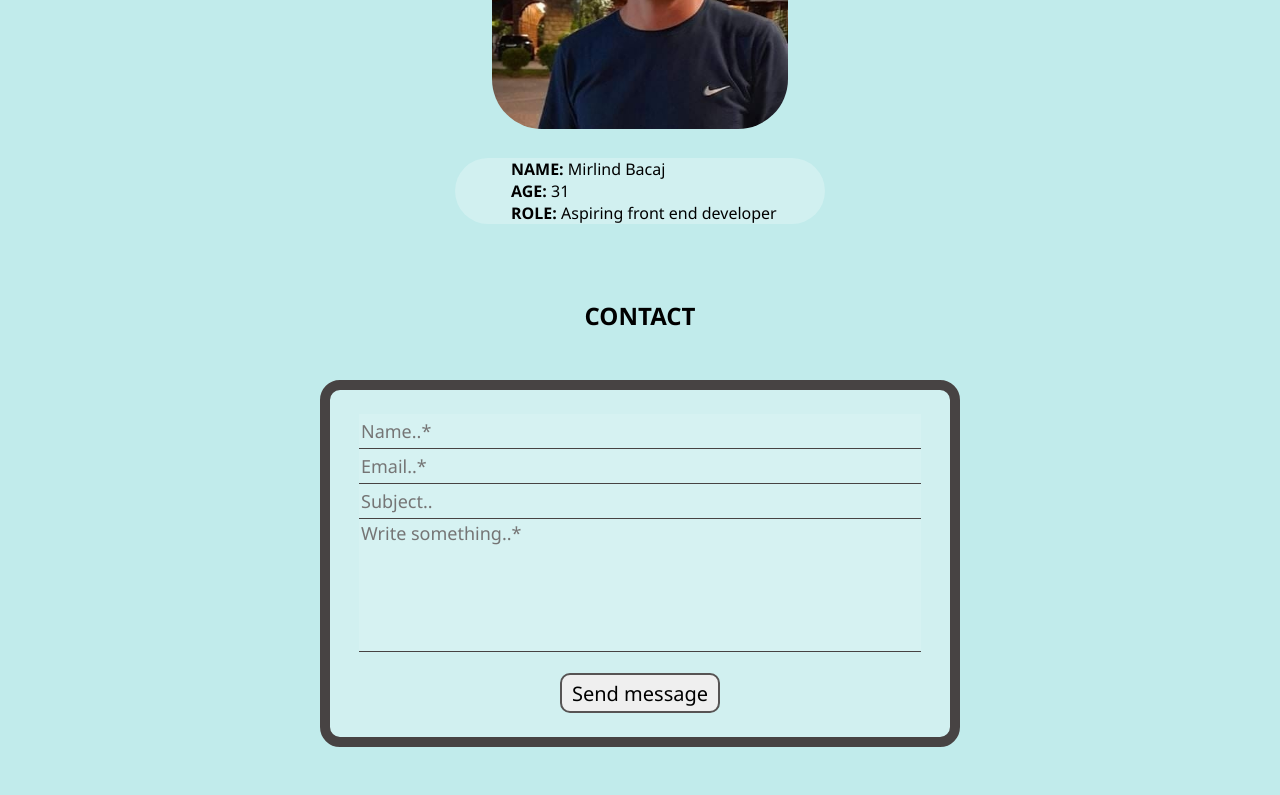
Repository: mirkbirki/mirkbirki.github.io
Page: index.html
The author's editor kept a copy of each file at every save. The page is drawn from the files as they stood at one save, then again after the next save.
The browser window is 1280 px wide. The pictures show the part of the page from y = 2288 to 3240 px (the page is 3083 px tall before and 3240 px after).
A picture or video elsewhere on the page could not be fetched, so the positions and the page height are approximate.

Above is the page before, as saved 2022-11-28 21:49:11.

### index.html
<!DOCTYPE html>
<html lang="en">
<head>
    <meta charset="UTF-8">
    <meta http-equiv="X-UA-Compatible" content="IE=edge">
    <meta name="viewport" content="width=device-width, initial-scale=1.0">
    <title>Mirlind's portfolio</title>
    <link rel="stylesheet" href="styles.css">
</head>
<body>
    <header>
        <div class="header-bar">
            <h1>Mirlind's portfolio</h1>
            <nav>
                <ul>
                    <li><a href="#skills">Skills</a></li>
                    <li><a href="#projects">Projects</a></li>
                    <li><a href="#about">About</a></li>
                    <li><a href="#contact">Contact</a></li>
                </ul>
            </nav>
        </div>
    </header>
    <div id="skills">
        <h2>SKILLS</h2>
        <div class="left-aligned-text">
            <p class="skills-text"><img class="img-skills" src="scroll.png" />Studied web-development for 6 months</p>
            <p class="skills-text"><img class="img-skills" src="desktop-computer.png" />Frontend specialized</p>
            <p class="skills-text"><img class="img-skills" src="git.png" />Basic knowledge with GIT</p>
            <p class="skills-text"><img class="img-skills" src="html5.png" />Basic knowledge with HTML5</p>
            <p class="skills-text"><img class="img-skills" src="css3.png" />Basic knowledge with CSS3</p>
            <p class="skills-text"><img class="img-skills" src="js.png" />Yet to start learning javascript</p>
        </div>
    </div>
    <div id="projects">
        <h2>PROJECTS</h2>
        <div class="grid-container-projects">
            <div class="grid-project-1">
                <h3>ESTIMERA</h3>
                <img class="img-project" src="estimera.PNG" />
                <p class="projects-text">This was a project which I received from my brother in law. He works for the swedish immigration department
                    and needed a tool which would help him calculate if an applicant is eligeble for work visa. I figured out the logic and
                    applied it in Python. My cousin set up the site using Python/Django and is maintaining it today.</p>
                <ul>
                    <li>Python •</li>
                    <li>HTML5 •</li>
                    <li>CSS3</li>
                </ul>
            </div>
            <div class="grid-project-2">
                <h3>NEXT PROJECT</h3>
                <img class="img-project" src="question-mark.png" />
                <p class="projects-text">Lorem ipsum dolor sit amet consectetur adipisicing elit. Eos labore quae, nisi voluptatibus earum, pariatur iusto, hic minima reiciendis
                    architecto voluptatum dolor quam consectetur explicabo? Modi iste possimus exercitationem minima.</p>
                <ul>
                    <li></li>
                    <li></li>
                    <li></li>
                </ul>
            </div>
        </div>
    </div>
    <div id="about">
        <h2>ABOUT</h2>
        <div class="flex-container-about">
            <div class="flex-1-about">
                <img class=about-img src="jag.jpg" />
            </div>
            <div class="flex-2-about">
                <ul>
                    <li><b>NAME:</b> Mirlind Bacaj</li>
                    <li><b>AGE:</b> 31</li>
                    <li><b>ROLE:</b> Aspiring front end developer</li>
                </ul>
            </div>
        </div>
    </div>
    <div id="contact">
        <h2>CONTACT</h2>
        <form action="URL till servern" method="get">
            <fieldset>
            <input type="text" name="name" value="" required placeholder="Name..*"/>
            <input type="email" name="email" value="" required placeholder="Email..*"/>
            <input type="text" name="subject" value="" placeholder="Subject.."/>
            <textarea name="message" rows="8" cols="86" value="" placeholder="Write something..*"></textarea>
            <button type="button">Send message</button>
            </fieldset>
         </form>
    </div>
</body>
</html>

### styles.css
* {
  font-family:'Segoe UI', Tahoma, Geneva, Verdana, sans-serif;
}

html {
  overflow-x: hidden;
}

body {
  margin: 0;
  width: 100%;
  background-color: rgb(193, 235, 235);
  overflow-x: hidden;
}

/* HEADER */

.header-bar {
  width: 100%;
  height: fit-content;
  background-color: black;
  border-top: 1px solid rgb(0, 0, 0);
  text-align: center;
}

.header-bar h1 {
  color: white;
  padding: 0;
  margin-top: 0.8rem;
}

nav ul {
  list-style-type: none;
  margin: 0 auto;
  padding: 0 0 0.8rem 0;
}

nav li {
  display: inline-block;
  padding-right: 1rem;
  margin-left: 1rem;
}

nav a {
  text-decoration: none;
  color: white;
}

nav a:hover {
  color: gray;
}

/* SKILLS */

#skills {
  width: 740px;
  margin: 5rem auto;
}

#skills h2 {
  text-align: center;
}

.left-aligned-text {
  width: 100%;
  text-align: left;
  margin: 0 auto;
}

.skills-text {
  padding: 0.5rem;
  margin-left: 11.5rem;
  font-weight: 500;
}

.img-skills {
  width: 9%;
  padding-right: 1rem;
  vertical-align: middle;
}

/* PROJECTS */

#projects {
  width: 80%;
  margin: 7.5rem auto;
  text-align: center;
}

.grid-container-projects {
  display: grid;
  grid-template-columns: auto auto;
  grid-template-rows: auto;
  text-align: center;
  height: 100%;
  margin: 0 auto;
  gap: 2em;
}

.grid-project-1 {
  text-align: center;
}

.grid-project-1 h3 {
  text-decoration: underline;
  text-decoration-thickness: 3px;
}

.img-project {
  display: block;
  width: 70%;
  height: 65%;
  margin: 0 auto;
}

.projects-text {
  margin: 0 auto;
  text-align: left;
  width: 65%;
  padding: 1rem 0 1rem 0;
  font-weight: 450;
}

#projects ul {
  list-style-type: none;
  text-align: center;
  margin: 0 auto;
  width: 80%;
  padding: 0;
}

#projects li {
  font-weight: bold;
  display: inline;
}

.grid-project-2 h3 {
  text-align: center;
  text-decoration: underline;
  text-decoration-thickness: 3px;
}

.grid-project-2 {
  text-align: left;
}

/* ABOUT */

#about {
  margin: 10rem auto;
  width: 1280px;
  text-align: center;
}

.flex-container-about {
  margin: 3.2rem auto;
  display: flex;
  flex-direction: row;
  align-items: center;
}

.flex-1-about {
  width: 50%;
}

.about-img {
  width: 50%;
  border-radius: 50px;
}

.flex-2-about {
  width: 40%;
}

#about ul {
  background-color: rgba(255, 255, 255, 0.25);
  border-radius: 50px;
  list-style-type: none;
  font-size: 24px;
  margin-left: 3.5rem;
}

#about li {
  text-align: left;
}

/* CONTACT */

#contact {
  text-align: center;
  margin: -2rem auto 0 auto;
}

#contact form {
  width: 50%;
  margin: 3rem auto;
}

#contact fieldset {
  padding: 1.5rem 0;
  border: 10px solid rgb(71, 67, 67);
  border-radius: 20px;
  background-color: rgba(255, 255, 255, 0.25);
  margin: 0 auto;
}

#contact input {
  display: block;
  width: 90%;
  height: 2rem;
  margin: 1rem auto 1rem auto;
  font-size: 18px;
  border: none;
  border-bottom: 1px solid rgb(71, 67, 67);
  background-color: rgba(255, 255, 255, 0.1);
  margin: 0 auto;
}

#contact textarea {
  height: 8rem;
  width: 90%;
  resize: none;
  font-size: 18px;
  border: none;
  border-bottom: 1px solid rgb(71, 67, 67);
  background-color: rgba(255, 255, 255, 0.1);
  margin: 0 auto;
}

#contact button {
  display: block;
  margin: 1rem auto 0 auto;
  width: 10rem;
  height: 2.5rem;
  font-size: 20px;
  font-weight: 500;
  border: 2px solid rgb(87, 84, 84);
  border-radius: 10px;
}

@media screen and (max-width: 1280px) {

/* SKILLS */

  #skills {
    width: 740px;
    margin: 2rem auto;
  }

  /* PROJECTS */

  #projects {
    width: 80%;
    margin: 4rem auto;
  }

  .grid-container-projects {
    display: block;
  }

  .grid-project-1 {
    padding-top: 0.1rem;
  }

  .img-project {
    width: 50%;
    height: 30%;
  }

  .projects-text {
    width: 50%;
  }

  .grid-project-2 {
    padding-top: 1.5rem;
  }

  #about {
    margin: 0 auto;
    width: 740px;
  }

  .flex-container-about {
    flex-direction: column;
  }

  .flex-1-about {
    width: 100%;
  }

  .about-img {
    width: 40%;
  }

  .flex-2-about {
    width: 50%;
  }

  #about ul {
    margin-left: 0;
  }

  #about li {
    font-size: 16px;
    font-weight: 500;
    text-align: left;
    margin-left: 1rem;
  }

  /* CONTACT */

  #contact {
    margin: 0 auto;
  }

}

@media screen and (max-width: 750px) {

  /* HEADER */

  nav li {
    padding-right: 0.5rem;
    margin-left: 0.5rem;
  }

  /* SKILLS */

  #skills {
    width: 500px;
  }

  .skills-text {
    margin-left: 4.5rem;
  }

 /* PROJECTS */

  #projects {
    width: 100%;
    margin: 4rem auto;
  }

  .img-project {
    width: 50%;
    height: 30%;
  }

  /* ABOUT */

  #about {
    width: 100%;
  }

  .about-img {
    min-width: 240px;
    width: 45%;
  }

  #about ul {
    border-radius: 20px;
    width: fit-content;
    padding: 0.3rem;
    font-size: 16px;
    margin: 1rem auto;
  }

  #about li {
    font-size: 15px;
    font-weight: 500;
    text-align: left;
    margin-left: 1rem;
  }

  /* CONTACT */

  #contact form {
    width: 60%;
    margin: 3rem auto;
  }

}

@media screen and (max-width: 520px) {

  /* SKILLS */

  #skills {
    width: 300px;
  }

  .skills-text {
    margin: 0 auto;
    text-align: center;
  }

  .img-skills {
    margin: 0 175px 0 125px;
    width: 12%;
    padding: 0.5rem 0 0.2rem 0;
  }

  /* PROJECTS */

  .img-project {
    width: 50%;
    height: 30%;
  }

  .projects-text {
    font-size: 14px;
  }

  #projects li {
    font-size: 13px;
  }

  /* ABOUT */

  #about ul {
    width: 100%;
  }

  #about li {
    font-size: 14px;
  }

  /* CONTACT */

  #contact form {
    width: 80%;
    margin: 3rem auto;
  }

}

After the next save:
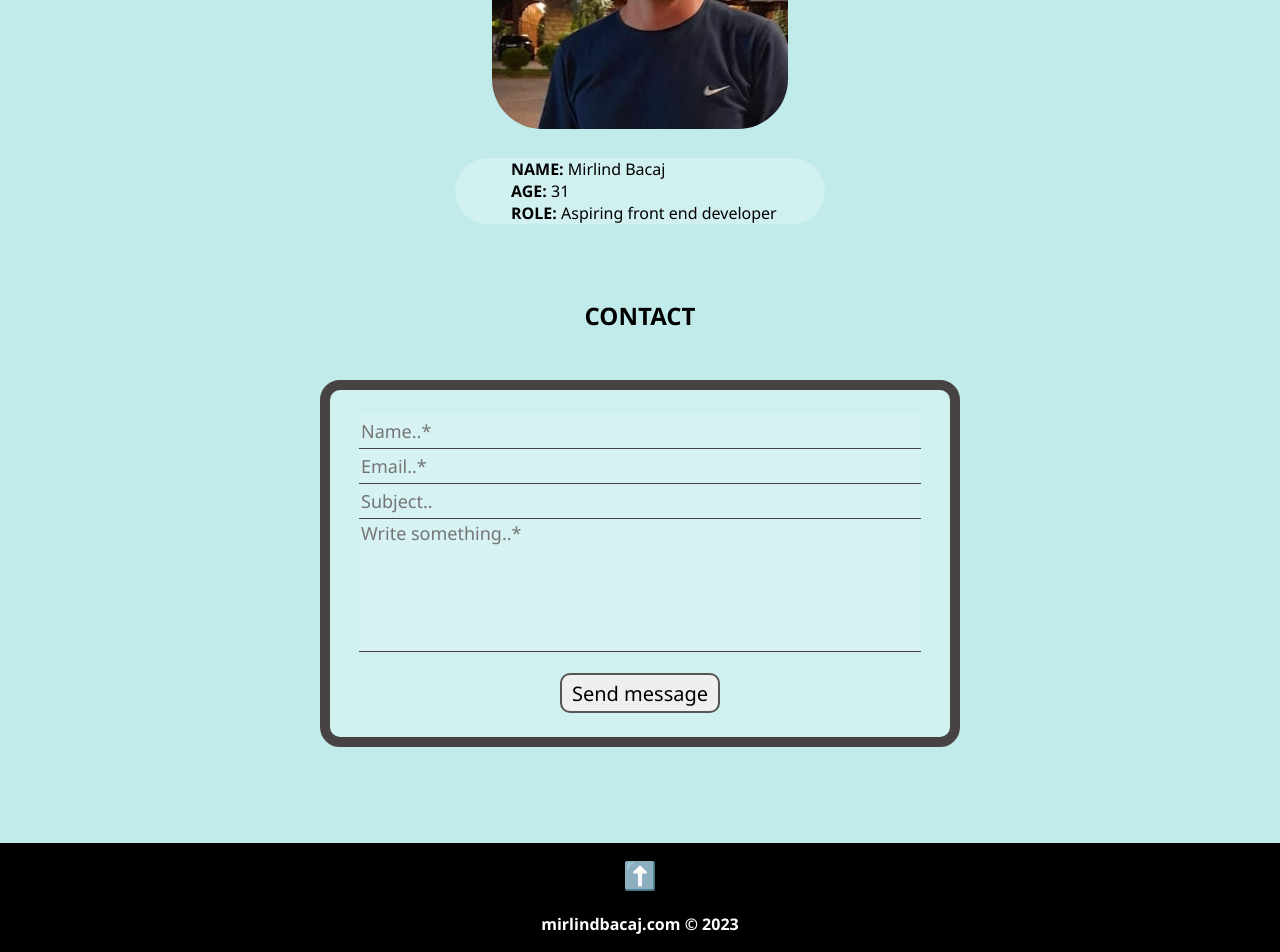
Saved 15 min 15 s later.
--- a/index.html
+++ b/index.html
@@ -9,7 +9,7 @@
 </head>
 <body>
     <header>
-        <div class="header-bar">
+        <div id="header-bar">
             <h1>Mirlind's portfolio</h1>
             <nav>
                 <ul>
@@ -87,5 +87,11 @@
             </fieldset>
          </form>
     </div>
+    <footer>
+        <div class="footer">
+            <p><b><a href="#header-bar"><img src="up.png" /></a></b></p>
+            <p><b>mirlindbacaj.com © 2023</b></p>
+        </div>
+    </footer>
 </body>
 </html>
--- a/styles.css
+++ b/styles.css
@@ -15,7 +15,7 @@ body {
 
 /* HEADER */
 
-.header-bar {
+#header-bar {
   width: 100%;
   height: fit-content;
   background-color: black;
@@ -23,7 +23,7 @@ body {
   text-align: center;
 }
 
-.header-bar h1 {
+#header-bar h1 {
   color: white;
   padding: 0;
   margin-top: 0.8rem;
@@ -238,6 +238,20 @@ nav a:hover {
   border-radius: 10px;
 }
 
+/* FOOTER */
+
+footer img {
+  width: 2rem;
+}
+
+.footer {
+  text-align: center;
+  color: white;
+  margin: 6rem auto 0rem auto;
+  padding: 0.05rem;
+  background-color: black;
+}
+
 @media screen and (max-width: 1280px) {
 
 /* SKILLS */
